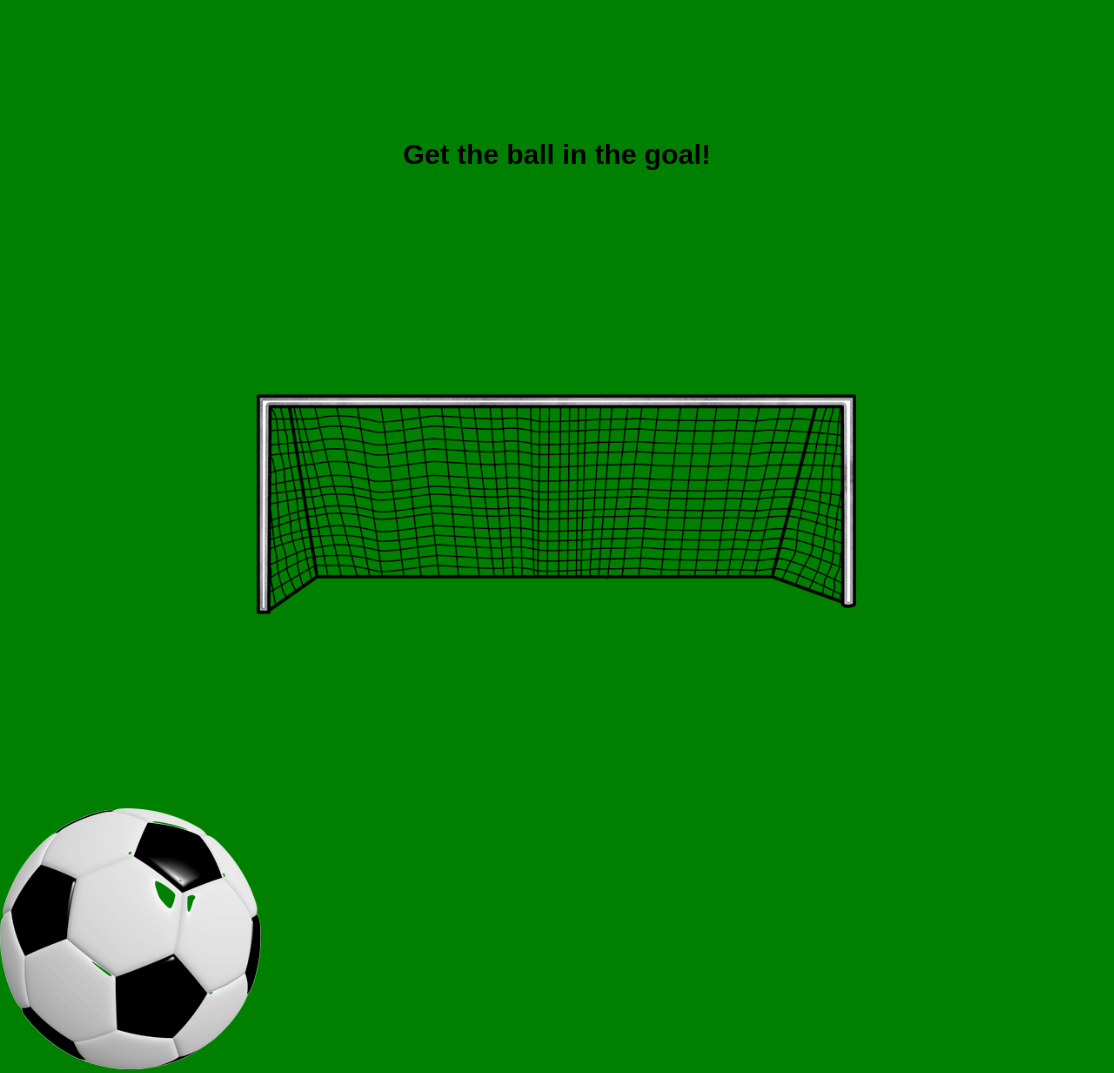
Repository: alexmaddux99/Lab3
Page: mouse-events.html
The author's editor kept a copy of each file at every save. The page is drawn from the files as they stood at one save, then again after the next save.
The browser window is 1280 px wide. The pictures show the whole page, at 87% of full size.

Above is the page before, as saved 2022-03-06 17:39:40.

After the next save:
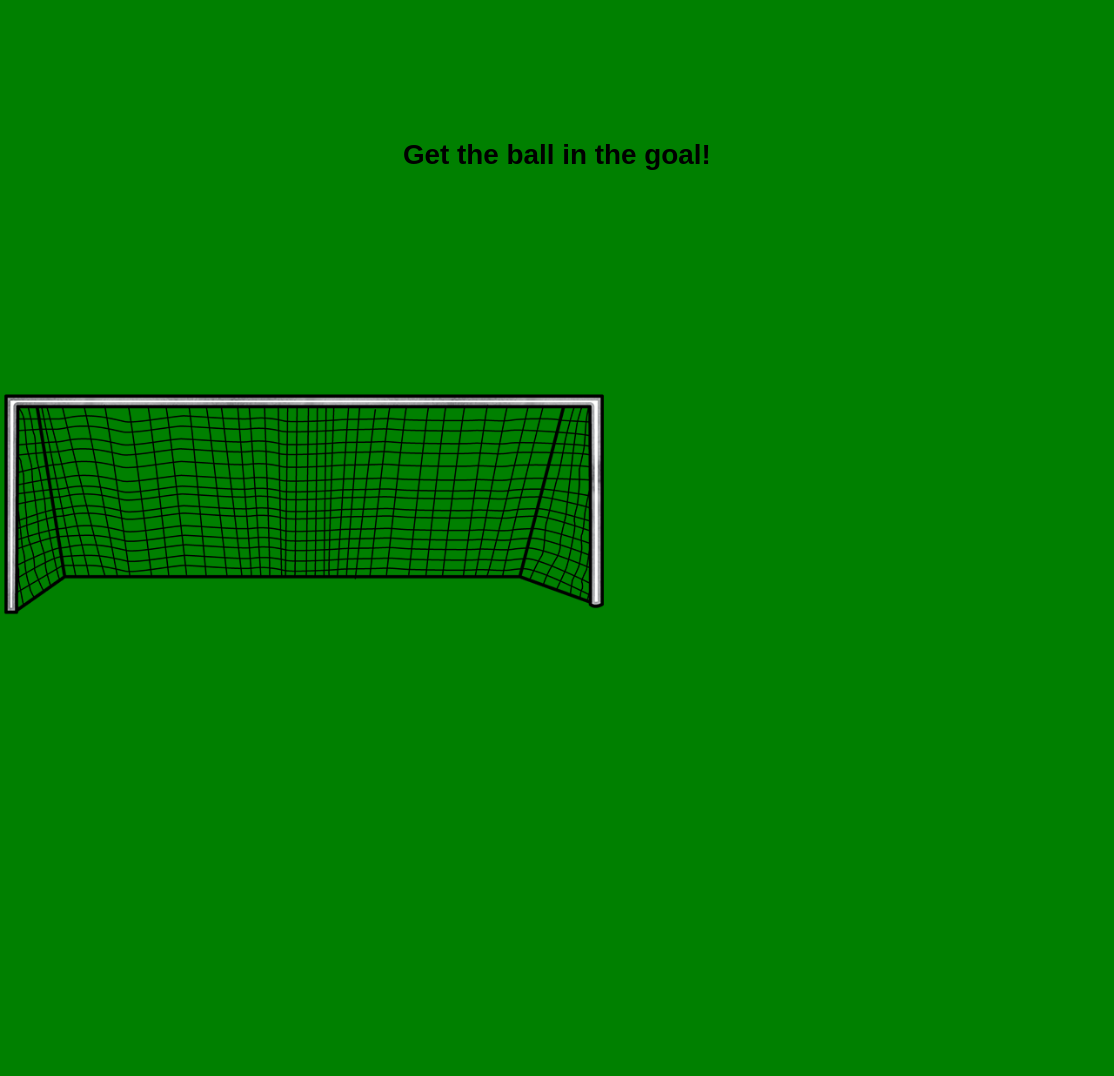
Saved 48 s later.
--- a/mouse-events.html
+++ b/mouse-events.html
@@ -27,12 +27,14 @@
         }
 
 
-        .goal{
-            display: block;
-            margin-left: auto;
-            margin-right: auto;
+        .ball {
+            border-radius: 50%;
+            width: 50px;
+            height: 50px;
+            background: #c00;
+            opacity: 0;
+            transition: transform 1s;
         }
-
 
 
 
